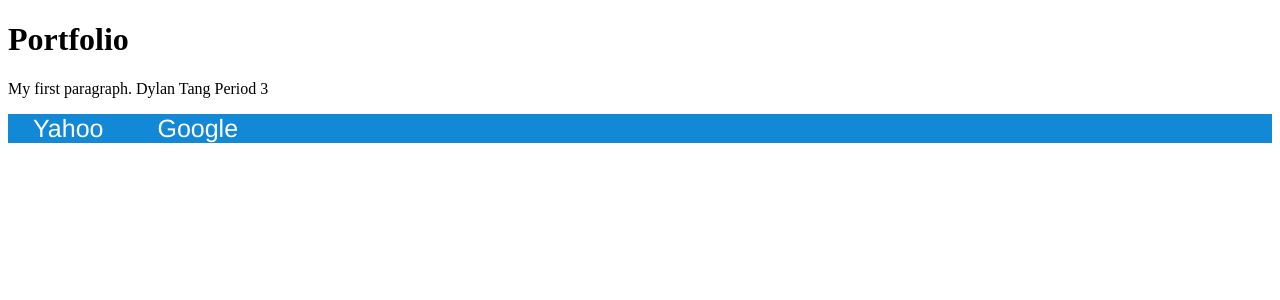
Repository: TangDylan/TangDylan.github.io
Page: index.html
The author's editor kept a record of every edit. The page is drawn from the files as they stood at one moment, then again after the next edit.
The browser window is 1280 px wide. The pictures show the whole page.

Above is the page before.

After the next edit:
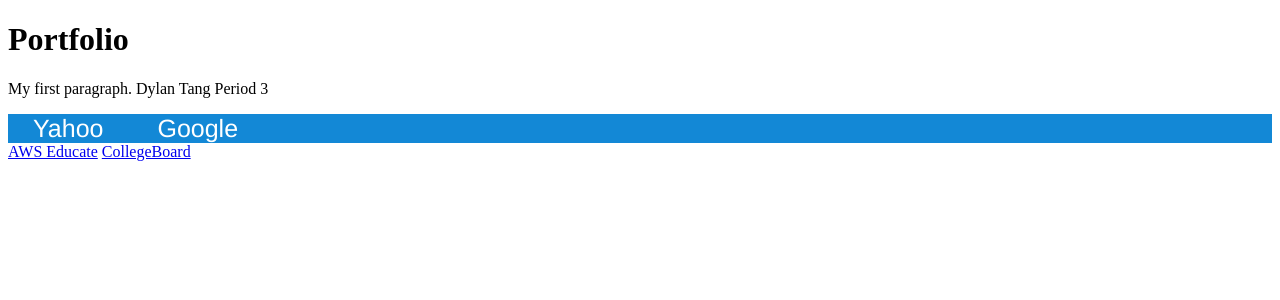
The edit:
--- a/index.html
+++ b/index.html
@@ -42,6 +42,9 @@
         </div>
         <div class=dropdown>
 
+              <a href="https://www.awseducate.com">AWS Educate</a>
+            <a href="https://<www.collegeboard.org">CollegeBoard</a>
+
         </div>
         <div class=morelinks>
             More Links
